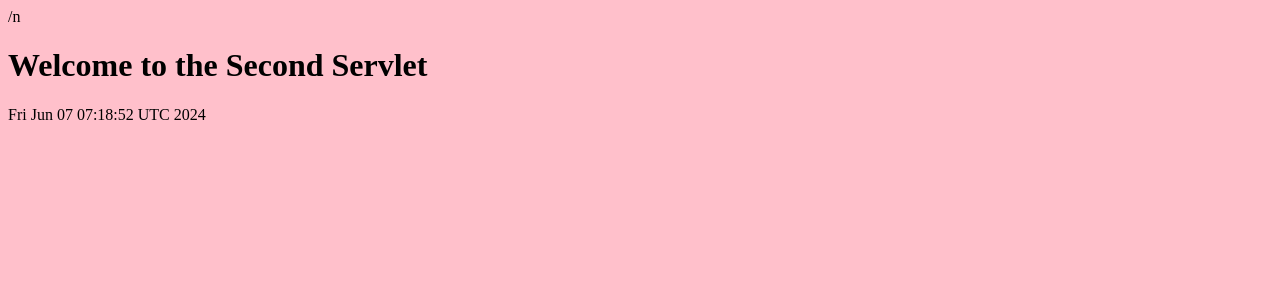
Repository: 83520-my-git-data/advjava
Page: http://localhost/firstapp/cya
An editor plug-in stored every save of this project. The page is shown before and after the next save, followed by the edit.
The browser window is 1280 px wide. The pictures show the whole page.
The page is served by Tomcat 9.

Above is the page before, as saved 2024-06-07 14:39:12.

After the next save:
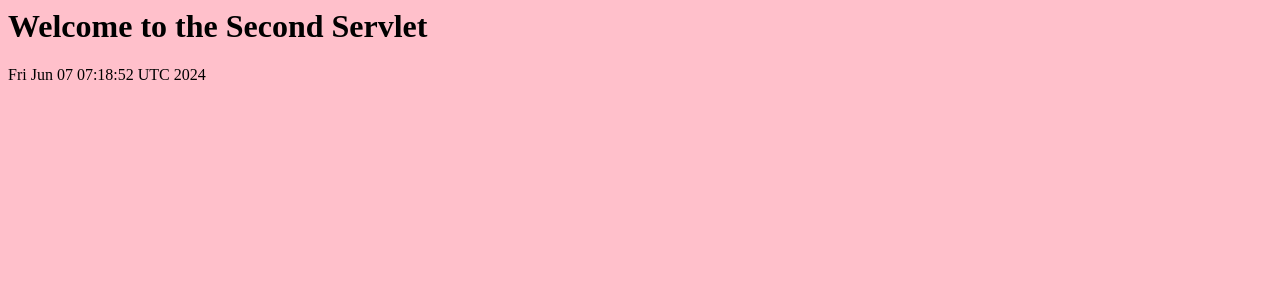
Saved 81 s later.
--- a/assignment01_classwork/day01/firstapp/src/main/java/com/sunbeam/SecondServlet.java
+++ b/assignment01_classwork/day01/firstapp/src/main/java/com/sunbeam/SecondServlet.java
@@ -63,8 +63,8 @@ public class SecondServlet extends HttpServlet {
 		out.println("<head>");
 		out.println("<title>Second</title>");
 		out.println("</head>");
-		out.printf("<body bgcolor='%s'>/n", color);
-		out.println("<h1>Welcome to the Second Servlet</h1>");
+		out.printf("<body bgcolor='%s'>", color);
+		out.println("<h1>\nWelcome to the Second Servlet</h1>");
 		Date now = new Date();
 		out.println(now.toString());
 		out.println("</body>");
